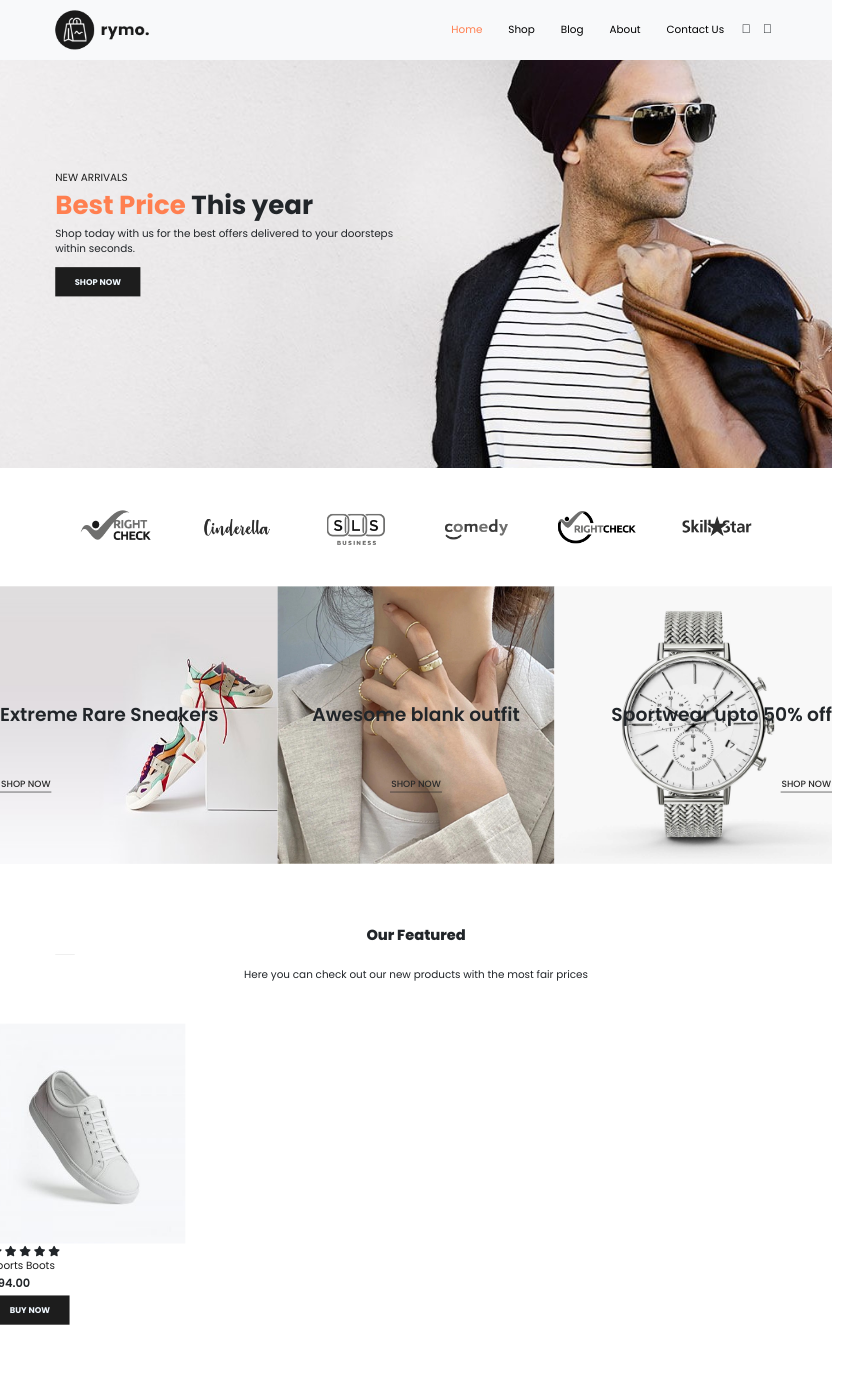
Repository: peter417waweru/e-commerce-UI
Page: index.html
The author's editor kept a copy of each file at every save. The page is drawn from the files as they stood at one save, then again after the next save.
The browser window is 1280 px wide. The page is 1295 px wide, then 1280 px, so the pictures cover 1295 px, including what lies to the right of the window. The pictures show the whole page, at 65% of full size.
Some web libraries are served in a nearby version.

Above is the page before, as saved 2025-02-07 22:56:15.

After the next save:
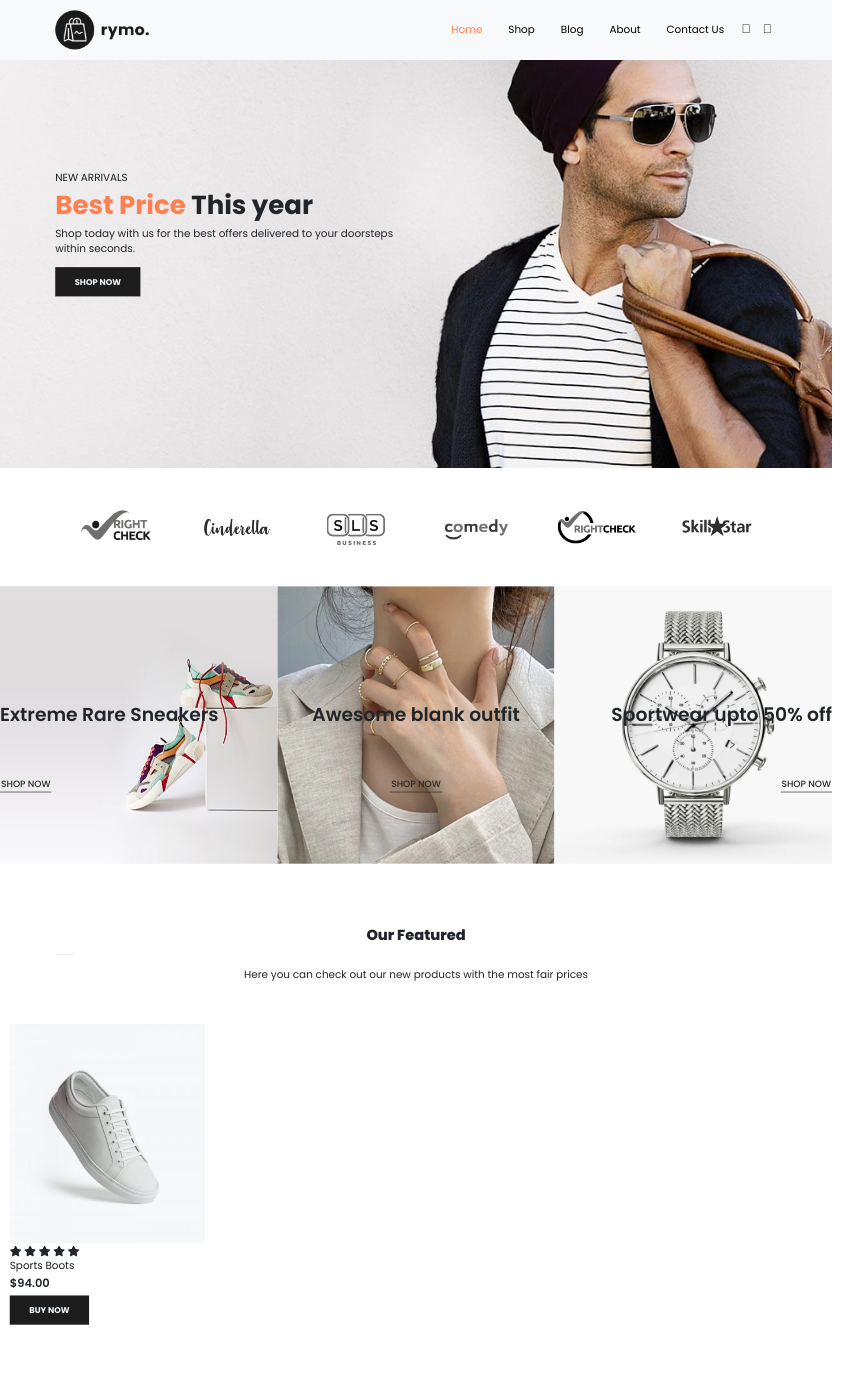
Saved 85 s later.
--- a/index.html
+++ b/index.html
@@ -107,7 +107,7 @@
             <hr>
             <p>Here you can check out our new products with the most fair prices</p>
           </div>
-          <div class="row">
+          <div class="row mx-auto container-fluid">
             <div class="product">
               <img src="img/featured/1.jpg" alt="">
               <div class="star">
